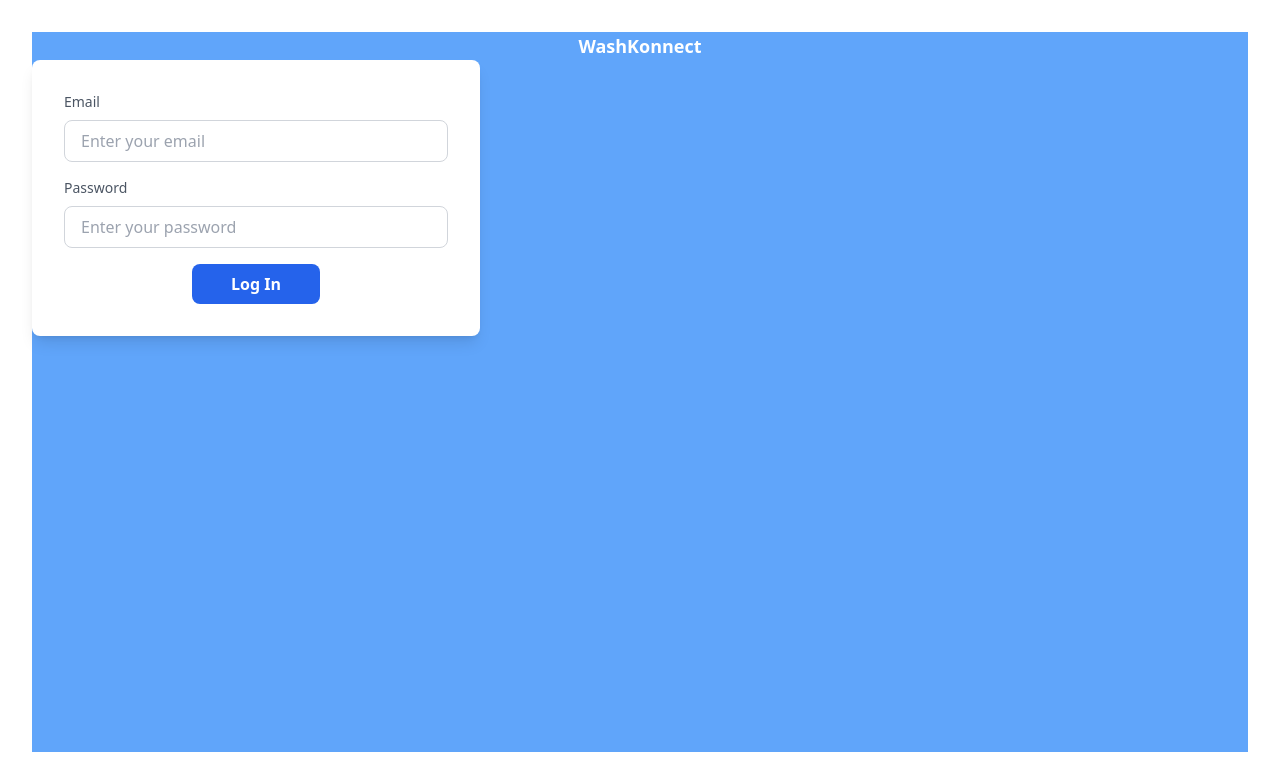
Repository: TEKVOLUTION-LTD/Admin-washKonnect
Page: / (app in Admin-WashKonnect/)
These files come from the project's save history. The page is drawn as it stood at one moment and after the next save; the edit follows.
The browser window is 1280 px wide. The pictures show the whole page.
The project was rebuilt for these pictures with package versions that can differ from the ones it lists, and the page was loaded fresh each time. Also part of the build but not shown: Admin-WashKonnect/vite.config.js.

Above is the page before, as saved 2024-11-13 01:57:38.

After the next save:
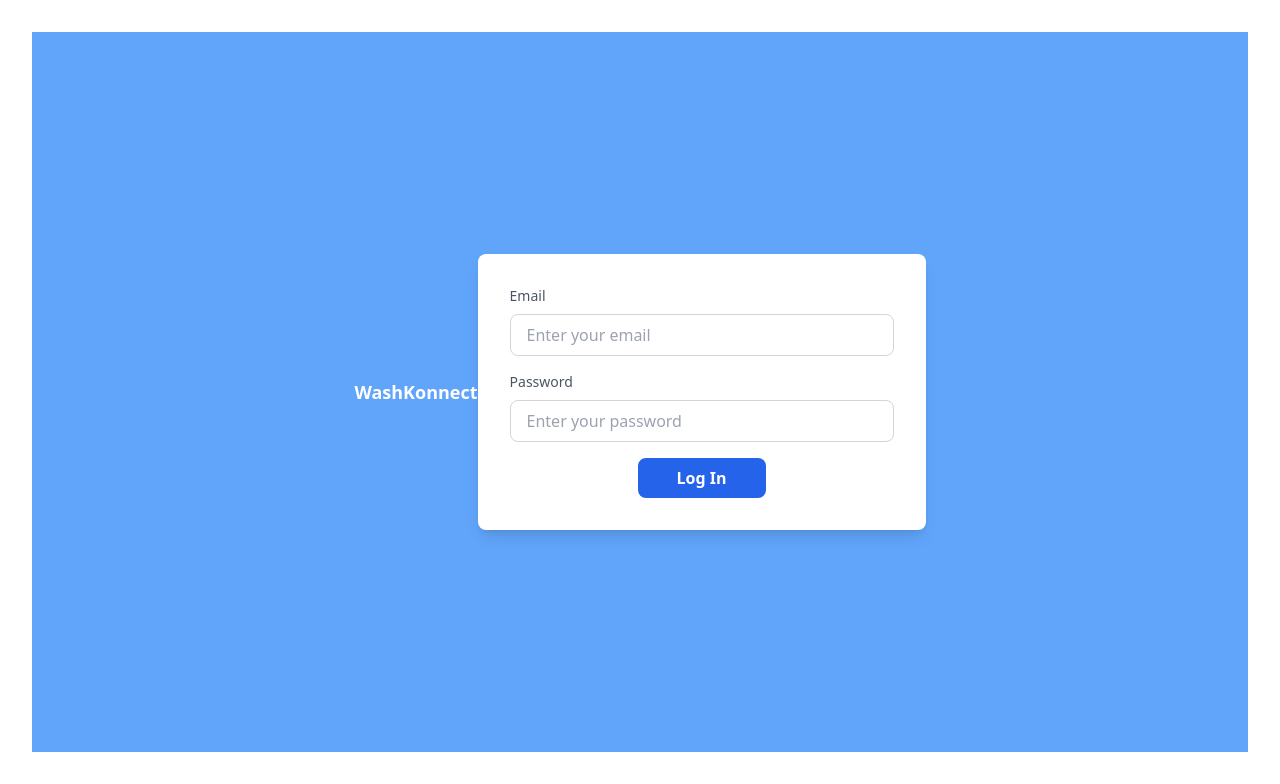
Saved 34 s later.
--- a/Admin-WashKonnect/src/components/Login.jsx
+++ b/Admin-WashKonnect/src/components/Login.jsx
@@ -16,9 +16,9 @@ const Login = () => {
   return (
 
     <>
-    <div className="block mx-auto items-center justify-center min-h-screen bg-blue-400">
+    <div className="flex items-center justify-center min-h-screen bg-blue-400">
 
-      <h1 className='font-bold text-lg text-white'>WashKonnect</h1>
+      <h1 className='block font-bold text-lg text-white'>WashKonnect</h1>
       <div className="w-full max-w-md p-8 space-y-6 bg-white rounded-lg shadow-lg">
 
         <form className="space-y-4" onSubmit={handleSubmit}>
